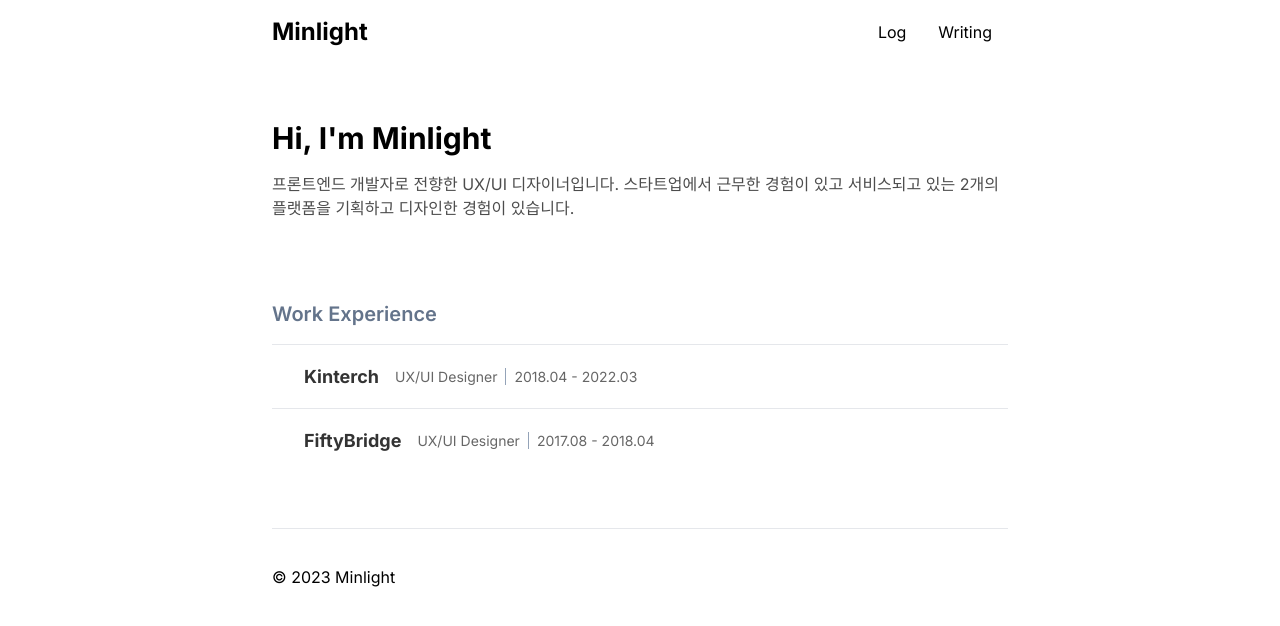
Repository: kwngmin/minlight-log
Page: /
An editor plug-in stored every save of this project. The page is shown before and after the next save, followed by the edit.
The browser window is 1280 px wide. The pictures show the whole page.
The project was rebuilt for these pictures with package versions that can differ from the ones it lists, and the page was loaded fresh each time. The framework's server and built-in components were replaced by stand-ins that run in the browser. Also part of the build but not shown: next.config.js.

Above is the page before, as saved 2023-04-04 16:28:32.

### src/app/layout.tsx
import "./globals.css";
import Footer from "@/components/Footer";
import Header from "@/components/Header";

import { Inter } from "next/font/google";
const inter = Inter({ subsets: ["latin"] });

export const metadata = {
  title: {
    default: "Minlight",
    template: "Minlight | %s",
  },
  description: "Minlight log",
};

export default function RootLayout({
  children,
}: {
  children: React.ReactNode;
}) {
  return (
    <html lang="en" className={inter.className}>
      <body className="flex flex-col max-w-screen-md mx-auto px-4">
        <Header />
        <main className="">{children}</main>
        <Footer />
      </body>
    </html>
  );
}

### src/app/page.tsx
import Table from "@/components/Table";
import Title from "@/components/Title";

const titleData = {
  title: `Hi, I'm Minlight`,
  description: `프론트엔드 개발자로 전향한 UX/UI 디자이너입니다. 스타트업에서 근무한
경험이 있고 서비스되고 있는 2개의 플랫폼을 기획하고 디자인한 경험이 있습니다.`,
};

const careerData = [
  {
    head: "Kinterch",
    content: "UX/UI Designer",
    period: "2018.04 - 2022.03",
  },
  {
    head: "FiftyBridge",
    content: "UX/UI Designer",
    period: "2017.08 - 2018.04",
  },
];

const educateData = [
  {
    head: "CodeStates",
    content: "Software Engineering Bootcamp · Frontend",
    period: "2022.06 - 2022.12",
  },
  {
    head: "IDAS, Hongik Univeristy",
    content: "Digital Media Design Major · Master of Design",
    period: "2013.03 - 2015.02",
  },
  {
    head: "Kangnam University",
    content: "Visual Design Major · Bachelor of Fine Arts",
    period: "2005.03 - 2012.02",
  },
];

export default function Home() {
  return (
    <section>
      <Title titleData={titleData} />
      <Table tableData={careerData} subject="Work Experience" />
    </section>
  );
}

### src/app/globals.css
@tailwind base;
@tailwind components;
@tailwind utilities;

* {
  box-sizing: border-box;
  padding: 0;
  margin: 0;
}
/*
:root {
  --max-width: 1100px;
  --border-radius: 12px;
  --font-mono: ui-monospace, Menlo, Monaco, "Cascadia Mono", "Segoe UI Mono",
    "Roboto Mono", "Oxygen Mono", "Ubuntu Monospace", "Source Code Pro",
    "Fira Mono", "Droid Sans Mono", "Courier New", monospace;

  --foreground-rgb: 0, 0, 0;
  --background-start-rgb: 214, 219, 220;
  --background-end-rgb: 255, 255, 255;

  --primary-glow: conic-gradient(
    from 180deg at 50% 50%,
    #16abff33 0deg,
    #0885ff33 55deg,
    #54d6ff33 120deg,
    #0071ff33 160deg,
    transparent 360deg
  );
  --secondary-glow: radial-gradient(
    rgba(255, 255, 255, 1),
    rgba(255, 255, 255, 0)
  );

  --tile-start-rgb: 239, 245, 249;
  --tile-end-rgb: 228, 232, 233;
  --tile-border: conic-gradient(
    #00000080,
    #00000040,
    #00000030,
    #00000020,
    #00000010,
    #00000010,
    #00000080
  );

  --callout-rgb: 238, 240, 241;
  --callout-border-rgb: 172, 175, 176;
  --card-rgb: 180, 185, 188;
  --card-border-rgb: 131, 134, 135;
}

@media (prefers-color-scheme: dark) {
  :root {
    --foreground-rgb: 255, 255, 255;
    --background-start-rgb: 0, 0, 0;
    --background-end-rgb: 0, 0, 0;

    --primary-glow: radial-gradient(rgba(1, 65, 255, 0.4), rgba(1, 65, 255, 0));
    --secondary-glow: linear-gradient(
      to bottom right,
      rgba(1, 65, 255, 0),
      rgba(1, 65, 255, 0),
      rgba(1, 65, 255, 0.3)
    );

    --tile-start-rgb: 2, 13, 46;
    --tile-end-rgb: 2, 5, 19;
    --tile-border: conic-gradient(
      #ffffff80,
      #ffffff40,
      #ffffff30,
      #ffffff20,
      #ffffff10,
      #ffffff10,
      #ffffff80
    );

    --callout-rgb: 20, 20, 20;
    --callout-border-rgb: 108, 108, 108;
    --card-rgb: 100, 100, 100;
    --card-border-rgb: 200, 200, 200;
  }
}

* {
  box-sizing: border-box;
  padding: 0;
  margin: 0;
}

html,
body {
  max-width: 100vw;
  overflow-x: hidden;
}

body {
  color: rgb(var(--foreground-rgb));
  background: linear-gradient(
      to bottom,
      transparent,
      rgb(var(--background-end-rgb))
    )
    rgb(var(--background-start-rgb));
}

a {
  color: inherit;
  text-decoration: none;
}

@media (prefers-color-scheme: dark) {
  html {
    color-scheme: dark;
  }
} */

### src/components/Footer.tsx
export default function Footer() {
  return (
    <section className="h-24 flex items-center border-t mt-8">
      © 2023 Minlight
    </section>
  );
}

### src/components/Header.tsx
import Link from "next/link";

const navList = [
  { name: "Log", url: "/log" },
  { name: "Writing", url: "/log" },
];

export default function Header() {
  return (
    <section className="h-16 flex items-center justify-between">
      <Link href="/" className="text-2xl font-bold">
        Minlight
      </Link>
      <nav className="">
        {navList.map(({ name, url }) => (
          <Link href={url} key={name} className="px-4">
            {name}
          </Link>
        ))}
      </nav>
    </section>
  );
}

### src/components/Table.tsx
type Props = {
  tableData: {
    head: string;
    content: string;
    period: string;
  }[];
  subject: string;
};

export default function Table({ tableData, subject }: Props) {
  return (
    <article className="my-6">
      <h2 className="text-left text-xl font-semibold text-slate-500 pb-6 lg:pb-4">
        {subject}
      </h2>
      <ul>
        {tableData.map(({ head, content, period }) => (
          <li
            key={head}
            className="flex flex-col lg:flex-row lg:items-center justify-center lg:justify-start h-20 lg:h-16 border-t gap-0 lg:gap-4 px-4 lg:px-8 mb-2 lg:mb-0"
          >
            <h3 className="font-bold text-lg text-black/80">{head}</h3>
            <section className="text-black/60 text-sm">
              {content}
              <span className="border-l text-[4] mx-2 border-slate-400" />
              {period}
            </section>
          </li>
        ))}
      </ul>
    </article>
  );
}

### src/components/Title.tsx
type TitleData = {
  title: string;
  description: string;
};
export default function Title({ titleData }: { titleData: TitleData }) {
  const { title, description } = titleData;
  return (
    <div className="py-14">
      <h1 className="text-3xl font-bold mb-4">{title}</h1>
      <p className="text-black/70 break-keep">{description}</p>
    </div>
  );
}

Loaded but not shown: tailwind.config.js (common file)

After the next save:
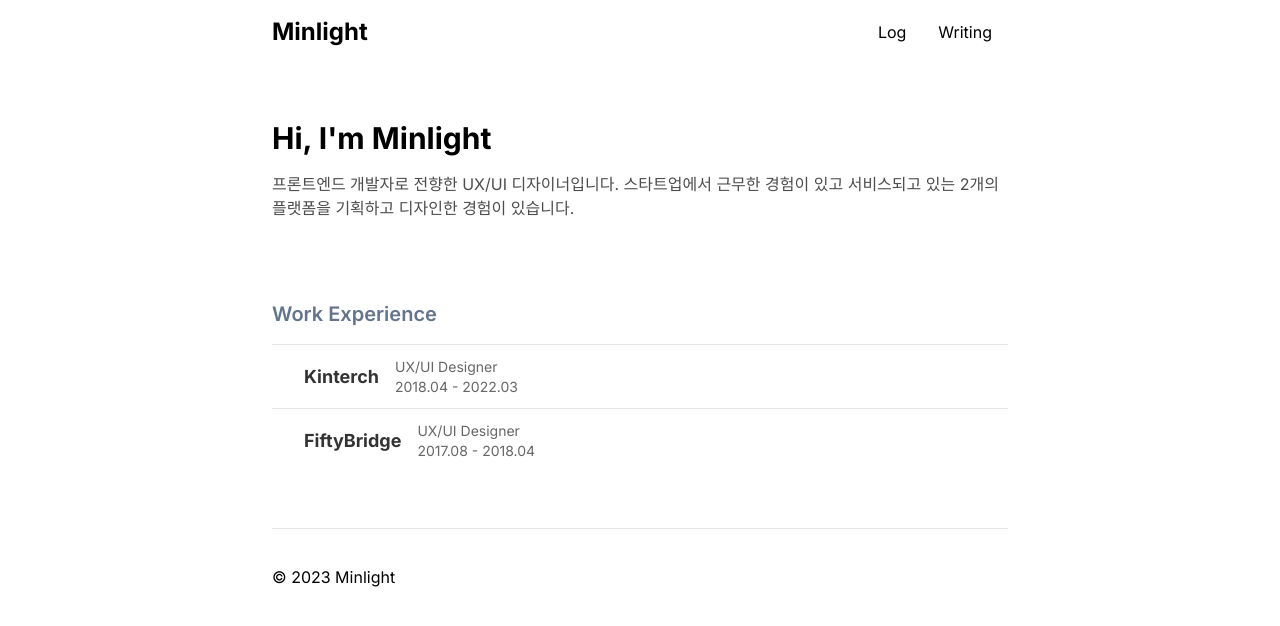
Saved 12 s later.
--- a/src/components/Table.tsx
+++ b/src/components/Table.tsx
@@ -22,7 +22,7 @@
             <h3 className="font-bold text-lg text-black/80">{head}</h3>
             <section className="text-black/60 text-sm">
               {content}
-              <span className="border-l text-[4] mx-2 border-slate-400" />
+              <div className="border-l text- mx-2 border-slate-400" />
               {period}
             </section>
           </li>

After the save that followed:
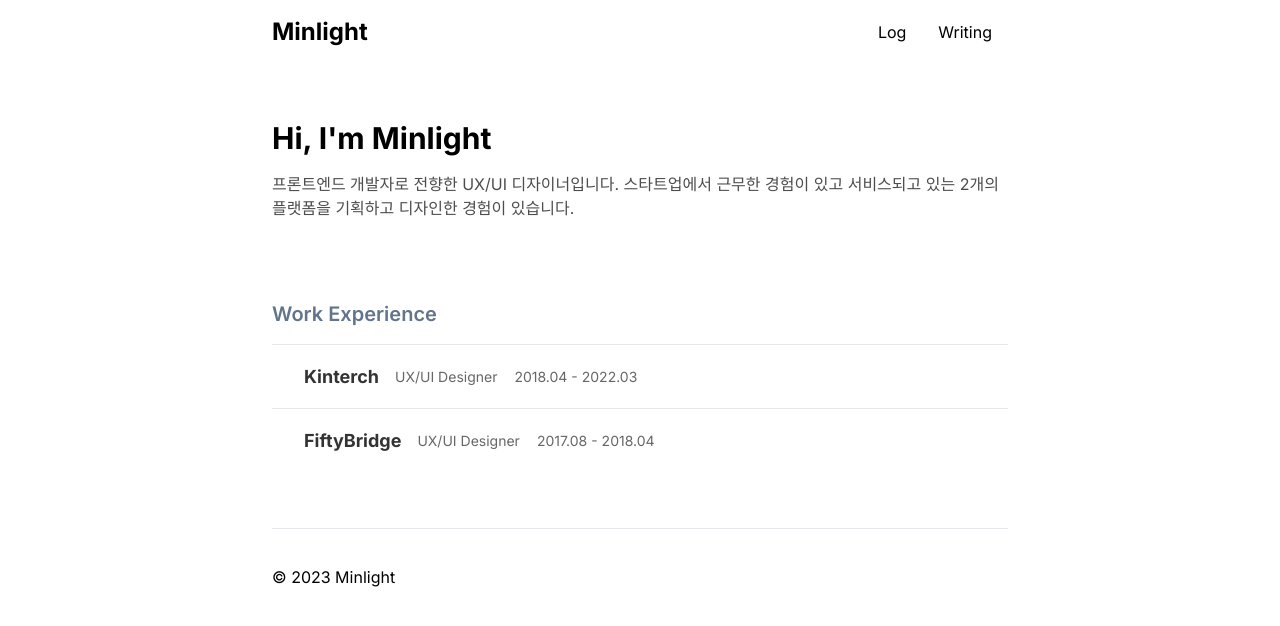
Saved 21 s later.
--- a/src/components/Table.tsx
+++ b/src/components/Table.tsx
@@ -22,7 +22,7 @@
             <h3 className="font-bold text-lg text-black/80">{head}</h3>
             <section className="text-black/60 text-sm">
               {content}
-              <div className="border-l text- mx-2 border-slate-400" />
+              <div className="inline-block border-l text- mx-2 border-slate-400" />
               {period}
             </section>
           </li>
